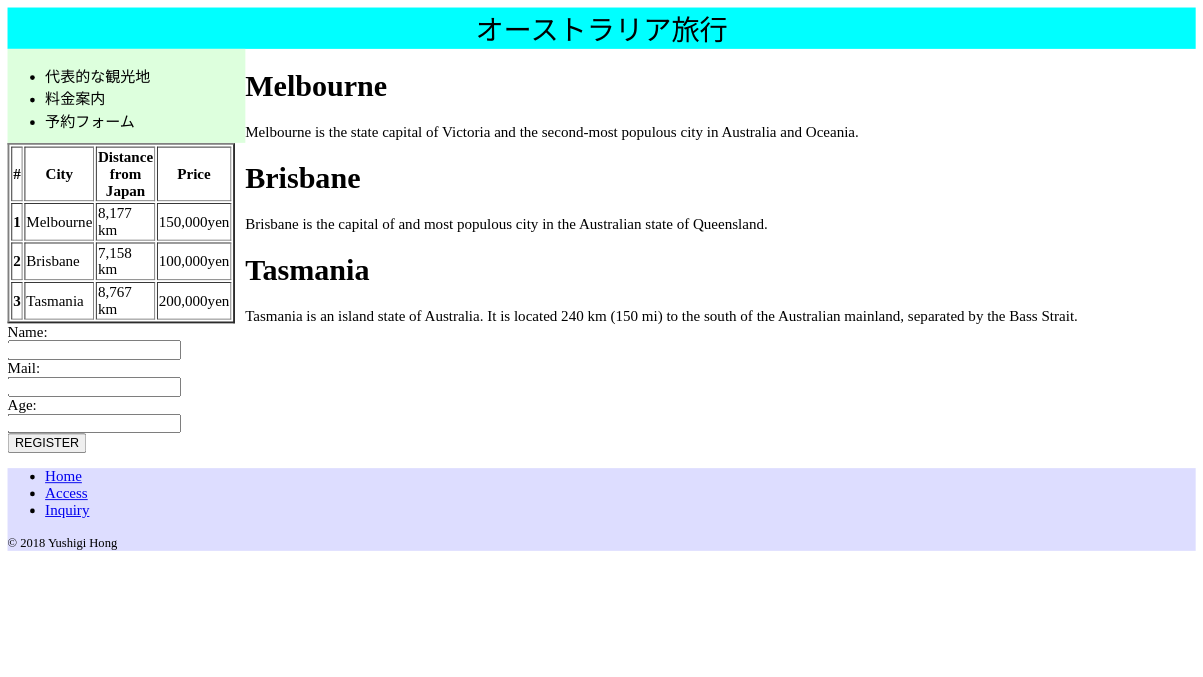
Repository: YosukeYuasa/yoyu
Page: kadai3.html
The author's editor kept a record of every edit. The page is drawn from the files as they stood at one moment, then again after the next edit.
The browser window is 1280 px wide. The pictures show the whole page, at 94% of full size.

Above is the page before.

After the next edit:
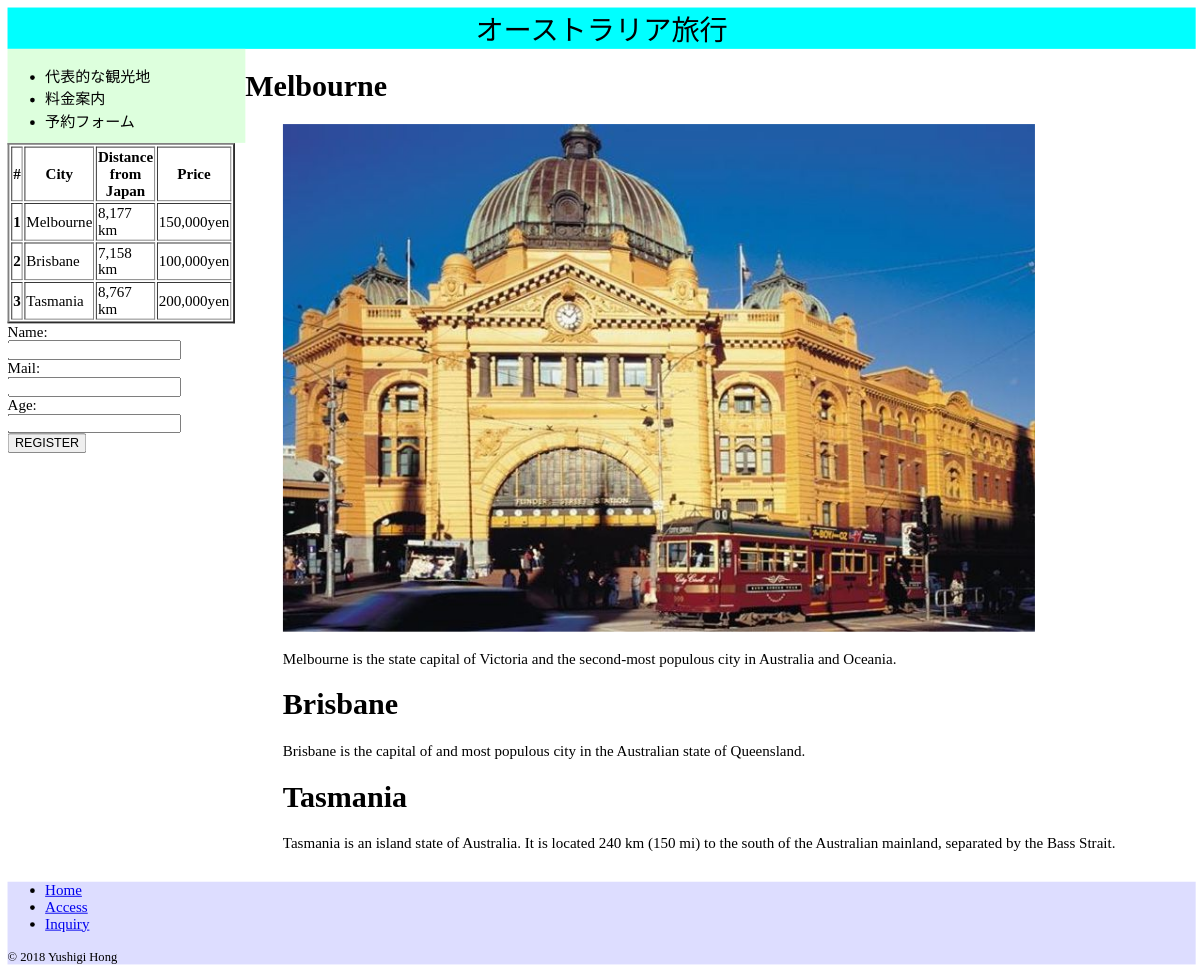
The edit:
--- a/kadai3.html
+++ b/kadai3.html
@@ -20,6 +20,8 @@
             </nav>
             <div id="main">
                 <h1>Melbourne</h1>
+                <figure>
+                    <img src="flindersst-56a37ab35f9b58b7d0d228ed.jpg" alt='melbourneの画像'>
                 <p>Melbourne is the state capital of Victoria and the second-most populous city in Australia and Oceania.</p>
                 <h1>Brisbane</h1>
                 <p>Brisbane is the capital of and most populous city in the Australian state of Queensland.</p>
